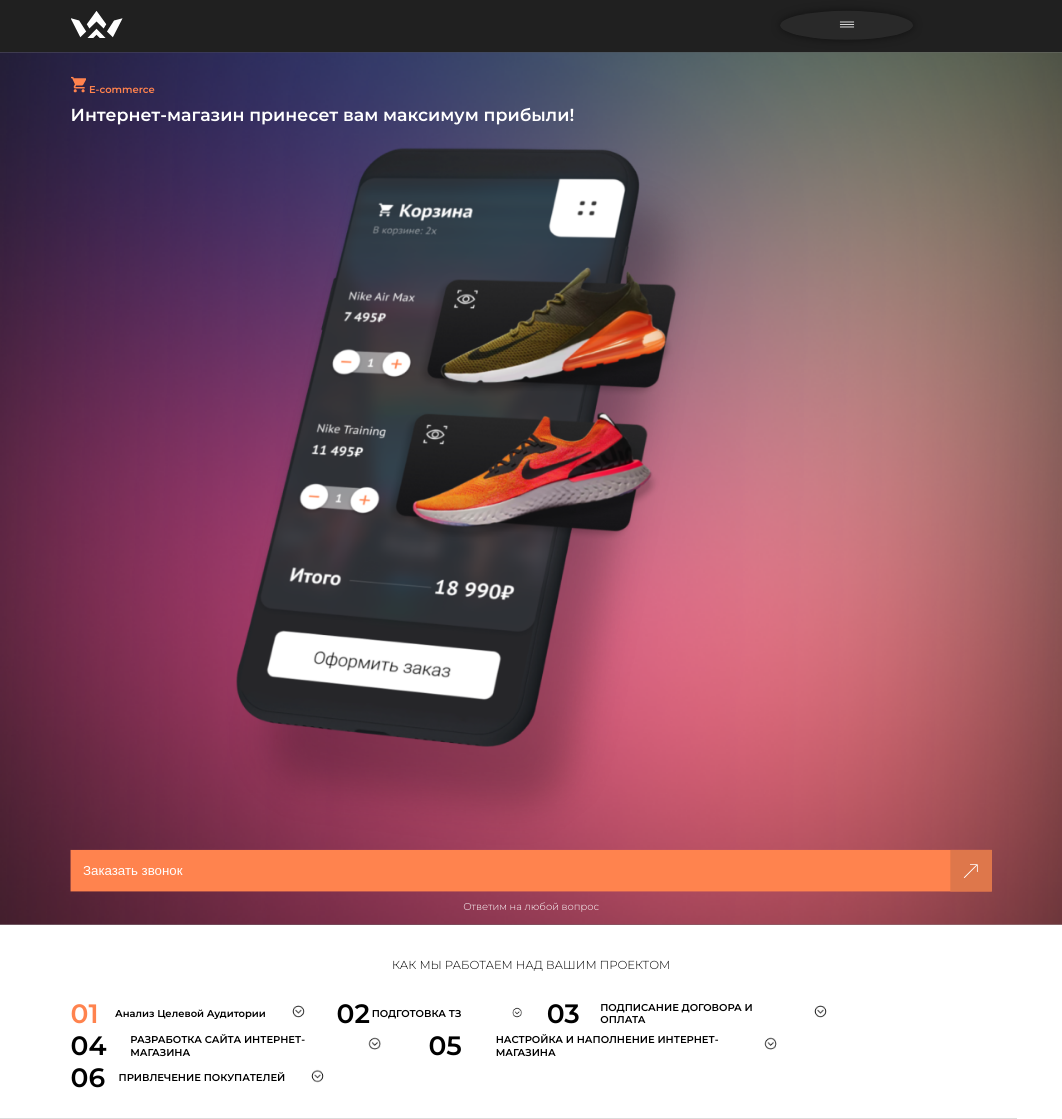
Repository: Gabi0605/my-tests
Page: web_alternative/index.html
An editor plug-in stored every save of this project. The page is shown before and after a run of saves, followed by the edit.
The browser window is 1280 px wide. The pictures show the whole page, at 83% of full size.
The style sheet was rebuilt from its Sass, Less or Tailwind sources for each picture, by a compiler version that may differ from the author's.

Above is the page before, as saved 2020-01-19 20:24:12.

After the next 2 saves:
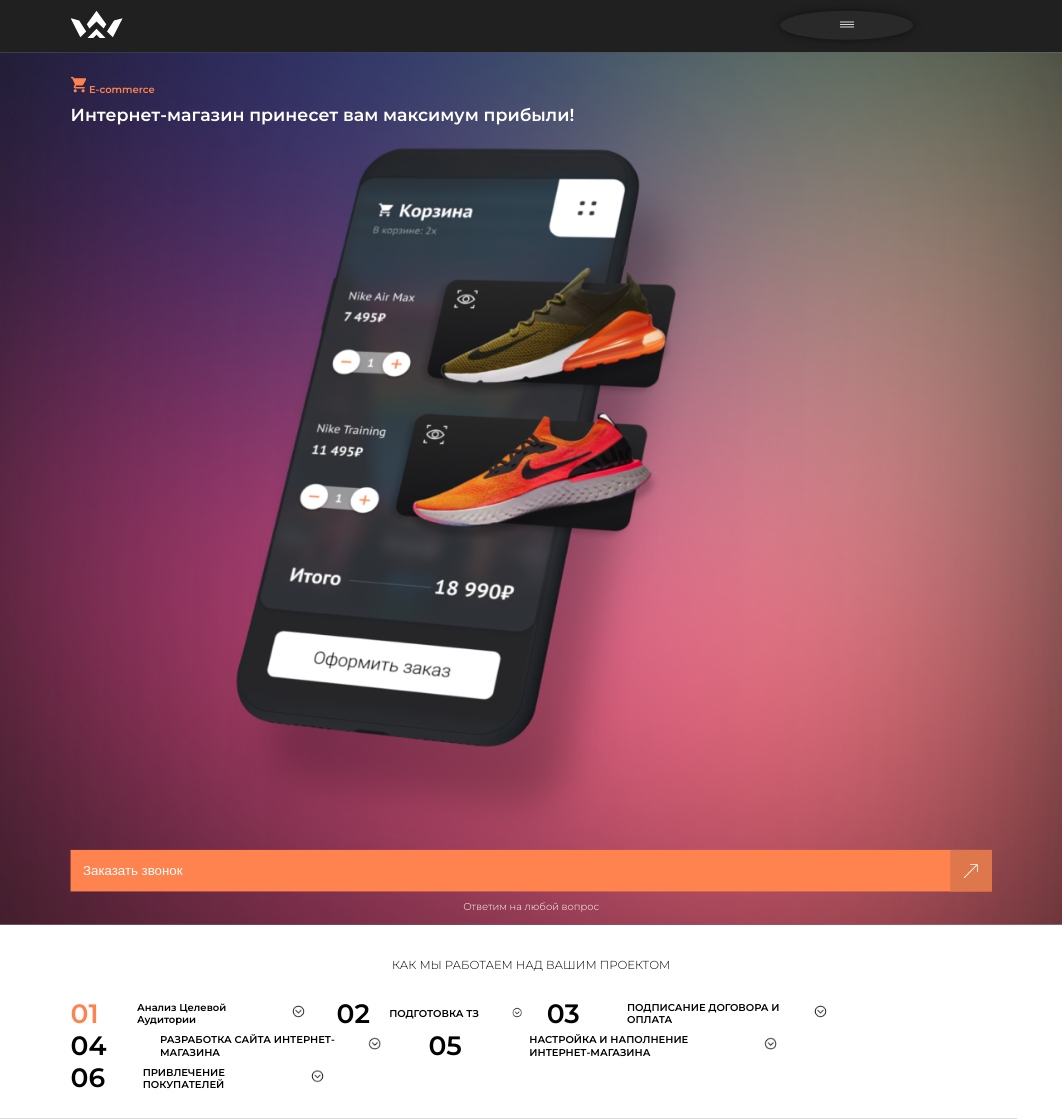
The 2 saves are shown as one change because they came seconds apart.
The last was saved 36 s later.
--- a/web_alternative/index.html
+++ b/web_alternative/index.html
@@ -54,8 +54,8 @@
                     <h2>Как мы работаем над вашим проектом</h2>
                 </div>
                 <div class="item item-active">
-                    <div class="col-2 item__number">01</div>
-                    <div class="col-8 item__p">
+                    <div class="col-3 item__number">01</div>
+                    <div class="col-7 item__p">
                         <p>Анализ целевой аудитории</p>
                     </div>
                     <div class="col-2 item__btn">
@@ -63,8 +63,8 @@
                     </div>
                 </div>
                 <div class="item">
-                    <div class="col-2 item__number">02</div>
-                    <div class="col-8 item__p">
+                    <div class="col-3 item__number">02</div>
+                    <div class="col-7 item__p">
                         <p>Подготовка ТЗ</p>
                     </div>
                     <div class="col-2 item__btn">
@@ -72,8 +72,8 @@
                     </div>
                 </div>
                 <div class="item">
-                    <div class="col-2 item__number">03</div>
-                    <div class="col-8 item__p">
+                    <div class="col-3 item__number">03</div>
+                    <div class="col-7 item__p">
                         <p>Подписание договора и оплата</p>
                     </div>
                     <div class="col-2 item__btn">
@@ -81,8 +81,8 @@
                     </div>
                 </div>
                 <div class="item">
-                    <div class="col-2 item__number">04</div>
-                    <div class="col-8 item__p">
+                    <div class="col-3 item__number">04</div>
+                    <div class="col-7 item__p">
                         <p>Разработка сайта интернет-магазина</p>
                     </div>
                     <div class="col-2 item__btn">
@@ -90,8 +90,8 @@
                     </div>
                 </div>
                 <div class="item">
-                    <div class="col-2 item__number">05</div>
-                    <div class="col-8 item__p">
+                    <div class="col-3 item__number">05</div>
+                    <div class="col-7 item__p">
                         <p>Настройка и наполнение интернет-магазина</p>
                     </div>
                     <div class="col-2 item__btn">
@@ -99,8 +99,8 @@
                     </div>
                 </div>
                 <div class="item">
-                    <div class="col-2 item__number">06</div>
-                    <div class="col-8 item__p">
+                    <div class="col-3 item__number">06</div>
+                    <div class="col-7 item__p">
                         <p>Привлечение покупателей</p>
                     </div>
                     <div class="col-2 item__btn">

After the save that followed:
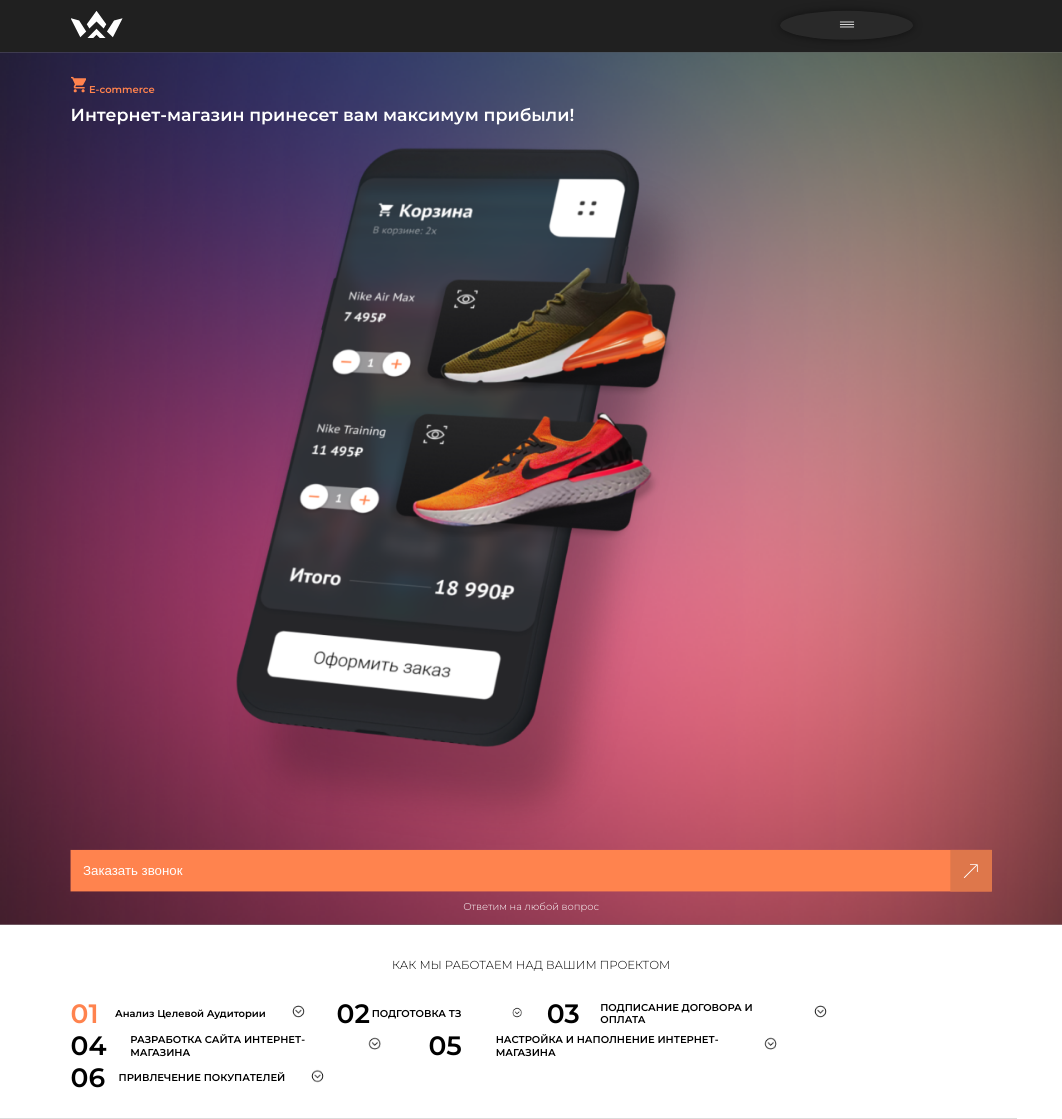
Saved 23 s later.
--- a/web_alternative/index.html
+++ b/web_alternative/index.html
@@ -54,8 +54,8 @@
                     <h2>Как мы работаем над вашим проектом</h2>
                 </div>
                 <div class="item item-active">
-                    <div class="col-3 item__number">01</div>
-                    <div class="col-7 item__p">
+                    <div class="col-2 item__number">01</div>
+                    <div class="col-8 item__p">
                         <p>Анализ целевой аудитории</p>
                     </div>
                     <div class="col-2 item__btn">
@@ -63,8 +63,8 @@
                     </div>
                 </div>
                 <div class="item">
-                    <div class="col-3 item__number">02</div>
-                    <div class="col-7 item__p">
+                    <div class="col-2 item__number">02</div>
+                    <div class="col-8 item__p">
                         <p>Подготовка ТЗ</p>
                     </div>
                     <div class="col-2 item__btn">
@@ -72,8 +72,8 @@
                     </div>
                 </div>
                 <div class="item">
-                    <div class="col-3 item__number">03</div>
-                    <div class="col-7 item__p">
+                    <div class="col-2 item__number">03</div>
+                    <div class="col-8 item__p">
                         <p>Подписание договора и оплата</p>
                     </div>
                     <div class="col-2 item__btn">
@@ -81,8 +81,8 @@
                     </div>
                 </div>
                 <div class="item">
-                    <div class="col-3 item__number">04</div>
-                    <div class="col-7 item__p">
+                    <div class="col-2 item__number">04</div>
+                    <div class="col-8 item__p">
                         <p>Разработка сайта интернет-магазина</p>
                     </div>
                     <div class="col-2 item__btn">
@@ -90,8 +90,8 @@
                     </div>
                 </div>
                 <div class="item">
-                    <div class="col-3 item__number">05</div>
-                    <div class="col-7 item__p">
+                    <div class="col-2 item__number">05</div>
+                    <div class="col-8 item__p">
                         <p>Настройка и наполнение интернет-магазина</p>
                     </div>
                     <div class="col-2 item__btn">
@@ -99,8 +99,8 @@
                     </div>
                 </div>
                 <div class="item">
-                    <div class="col-3 item__number">06</div>
-                    <div class="col-7 item__p">
+                    <div class="col-2 item__number">06</div>
+                    <div class="col-8 item__p">
                         <p>Привлечение покупателей</p>
                     </div>
                     <div class="col-2 item__btn">
